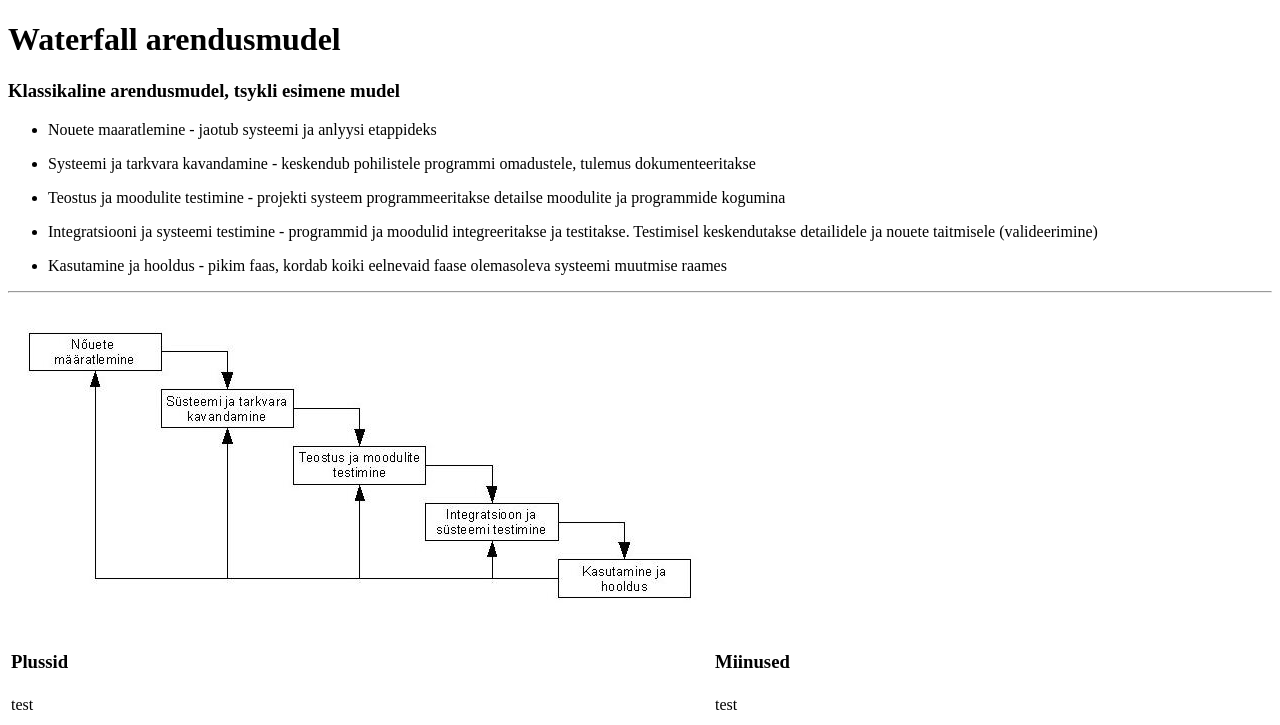
Repository: annemariv/Targe24
Page: elutsykkel/waterfall.html
An editor plug-in stored every save of this project. The page is shown before and after a run of saves, followed by the edit.
The browser window is 1280 px wide. The pictures show the whole page.

Above is the page before, as saved 2024-11-06 19:04:16.

### elutsykkel/waterfall.html
<!DOCTYPE html>
<html lang="en">
<head>
    <meta charset="UTF-8">
    <meta name="viewport" content="width=device-width, initial-scale=1.0">
    <title>Waterfall arendusmudel</title>
</head>
<body>
    <p>
        <!--pealkiri-->
        <!--kirjeldus oma sonadega-->
        <!--etappide tapsem kirjeldus-->
        <!--visuaalne joonis-->
        <!--tabel, mis loetleb head ja vead ()-->
    </p>
    <h1>Waterfall arendusmudel</h1>
    <h3>Klassikaline arendusmudel, tsykli esimene mudel</h3>
    <ul>
        <li>
            <p>Nouete maaratlemine - jaotub systeemi ja anlyysi etappideks</p>
        </li>
        <li>
            <p>Systeemi ja tarkvara kavandamine - keskendub pohilistele programmi omadustele, tulemus dokumenteeritakse</p>
        </li>
        <li>
            <p>Teostus ja moodulite testimine - projekti systeem programmeeritakse detailse moodulite ja programmide kogumina</p>
        </li>
        <li>
            <p>Integratsiooni ja systeemi testimine - programmid ja moodulid integreeritakse ja testitakse. Testimisel keskendutakse detailidele ja nouete taitmisele (valideerimine)</p>
        </li>
        <li>
            <p>Kasutamine ja hooldus - pikim faas, kordab koiki eelnevaid faase olemasoleva systeemi muutmise raames</p>
        </li>
    </ul>
    <hr/>
    <table>
        <tr>
            <td> <img src="/pildid/image2.1.jpeg" />
            </td>
        </tr>
        <tr>
            <td><h3>Plussid</h3></td>
            <td><h3>Miinused</h3></td>
        </tr>
        <tr>
            <td>test</td>
            <td>test</td>
        </tr>
    </table>
</body>
</html>

After the next 2 saves:
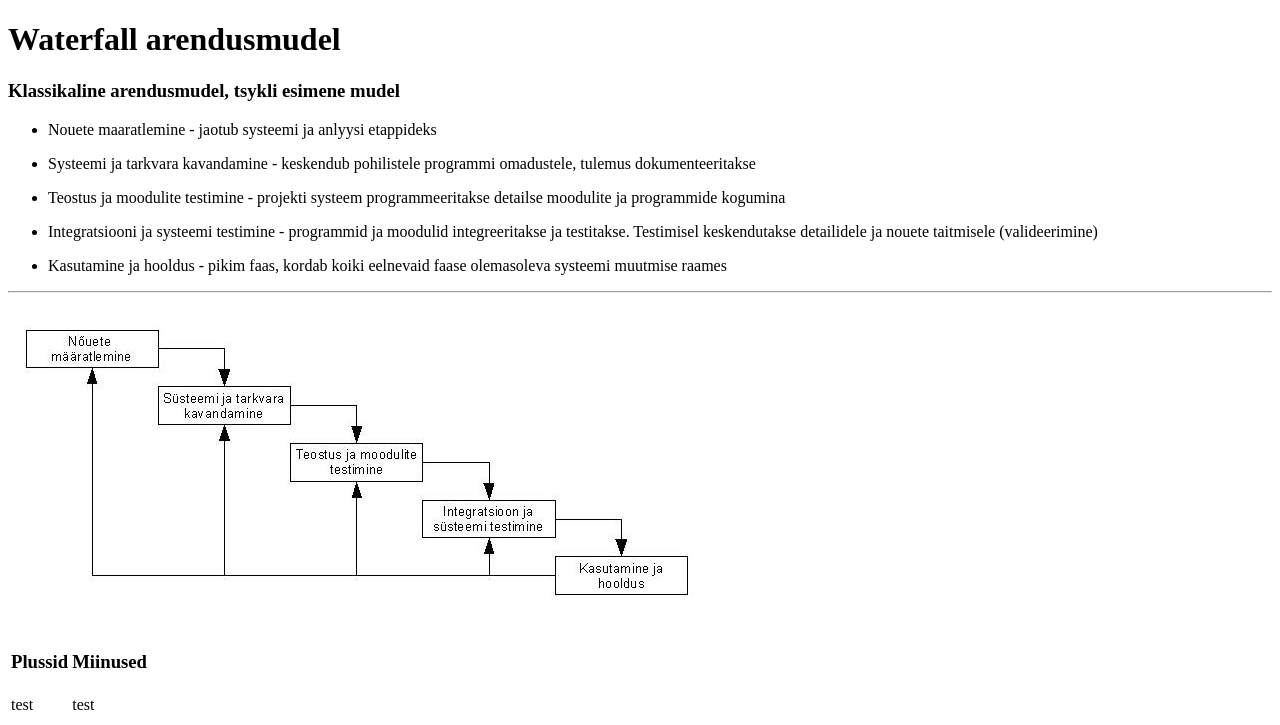
The 2 saves are shown as one change because they came seconds apart.
The last was saved 8 s later.
--- a/elutsykkel/waterfall.html
+++ b/elutsykkel/waterfall.html
@@ -33,9 +33,10 @@
         </li>
     </ul>
     <hr/>
+    <img src="/pildid/image2.1.jpeg" />
     <table>
         <tr>
-            <td> <img src="/pildid/image2.1.jpeg" />
+            <td>
             </td>
         </tr>
         <tr>

After the 3 saves that followed:
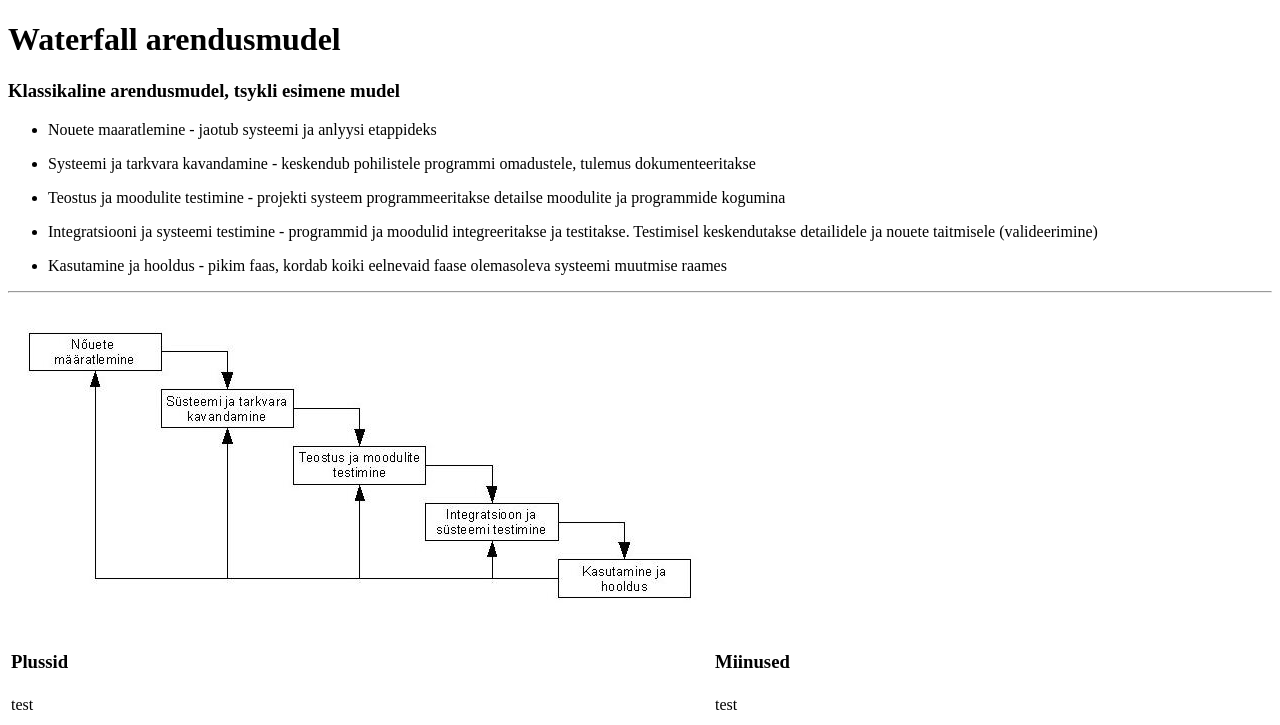
The 3 saves are shown as one change because they came seconds apart.
The last was saved 16 s later.
--- a/elutsykkel/waterfall.html
+++ b/elutsykkel/waterfall.html
@@ -33,10 +33,10 @@
         </li>
     </ul>
     <hr/>
-    <img src="/pildid/image2.1.jpeg" />
     <table>
         <tr>
             <td>
+                <img src="/pildid/image2.1.jpeg" />
             </td>
         </tr>
         <tr>
